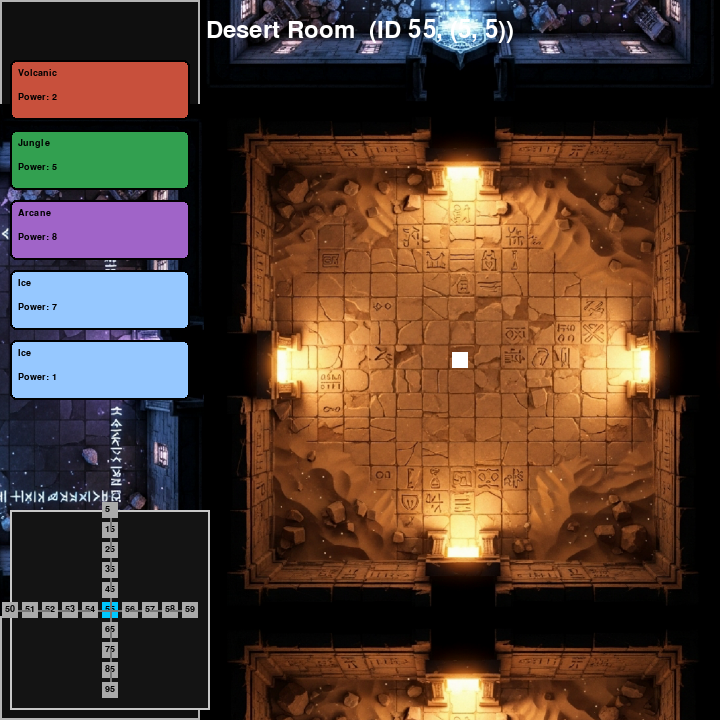
Repository: MehediMim/GateBound
Script's output: python main.py
An editor plug-in stored every save of this project. The script's output is shown before and after the next save, followed by the edit.
The window is shown after at most 60 frames with no key pressed. Random numbers start from a fixed seed. It also reads assets/bg_arcane.png, assets/bg_desert.png, assets/bg_ice.png, assets/bg_jungle.png, assets/bg_volcanic.png.

Above is the script's output before, as saved 2026-01-26 18:45:50.

### main.py
import pygame
import sys
import random

# =========================
# CONFIG
# =========================
SCREEN = 720
ROOM_ORIGINAL = 1024
ROOM_SCALE = 0.5
ROOM_DRAW = int(ROOM_ORIGINAL * ROOM_SCALE)  # 512
FPS = 60
PLAYER_SPEED = 5
DEBUG = False

GRID_W = 10
GRID_H = 10

# =========================
# CARD CONFIG
# =========================
CARD_TYPES = ["Jungle", "Desert", "Ice", "Volcanic", "Arcane"]
CARD_MIN_POWER = 1
CARD_MAX_POWER = 9
MAX_CARDS = 5



# =========================
# INIT
# =========================
pygame.init()
screen = pygame.display.set_mode((SCREEN, SCREEN))
pygame.display.set_caption("Tower Puzzle — Rooms (10x10)")
clock = pygame.time.Clock()
font = pygame.font.SysFont(None, 36)
map_font = pygame.font.SysFont(None, 14)

# =========================
# ROOM TYPES + BG
# =========================
ROOM_TYPES = ["Jungle", "Desert", "Ice", "Volcanic", "Arcane"]

BG_RAW = {
    "Jungle": pygame.image.load("assets/bg_jungle.png").convert(),
    "Desert": pygame.image.load("assets/bg_desert.png").convert(),
    "Ice": pygame.image.load("assets/bg_ice.png").convert(),
    "Volcanic": pygame.image.load("assets/bg_volcanic.png").convert(),
    "Arcane": pygame.image.load("assets/bg_arcane.png").convert(),
}

BG = {k: pygame.transform.smoothscale(v, (ROOM_DRAW, ROOM_DRAW)) for k, v in BG_RAW.items()}

# =========================
# LAYOUT
# =========================
SIDEBAR_W = 200
GAME_W = SCREEN - SIDEBAR_W
GAME_H = SCREEN

# =========================
# CENTER ROOM RECT (SCREEN SPACE)
# =========================
GAME_BOX_RECT = pygame.Rect(
    SIDEBAR_W + (GAME_W - ROOM_DRAW) // 2,
    (SCREEN - ROOM_DRAW) // 2,
    ROOM_DRAW,
    ROOM_DRAW
)

ROOM_RECT = GAME_BOX_RECT.copy()



# Door hitboxes around the center room (screen space)
DOORS = {
    "top":    pygame.Rect(ROOM_RECT.centerx - 56, ROOM_RECT.top - 112, 112, 112),
    "bottom": pygame.Rect(ROOM_RECT.centerx - 56, ROOM_RECT.bottom,     112, 112),
    "left":   pygame.Rect(ROOM_RECT.left - 112,   ROOM_RECT.centery - 56, 112, 112),
    "right":  pygame.Rect(ROOM_RECT.right,        ROOM_RECT.centery - 56, 112, 112),
}

# Allow player to reach doors
WALK_RECT = ROOM_RECT.copy()
for r in DOORS.values():
    WALK_RECT.union_ip(r)


SPAWN = ROOM_RECT.center

# =========================
# FIXED 10x10 WORLD (PERSISTENT)
# =========================
rooms = {}

def room_id(x, y):
    return y * GRID_W + x

def id_to_xy(rid):
    return (rid % GRID_W, rid // GRID_W)

def create_world():
    for y in range(GRID_H):
        for x in range(GRID_W):
            rid = room_id(x, y)

            links = {}
            if y > 0:              links["top"] = room_id(x, y - 1)
            if y < GRID_H - 1:     links["bottom"] = room_id(x, y + 1)
            if x > 0:              links["left"] = room_id(x - 1, y)
            if x < GRID_W - 1:     links["right"] = room_id(x + 1, y)

            rooms[rid] = {
                "id": rid,
                "pos": (x, y),
                "type": random.choice(ROOM_TYPES),  # random ONCE
                "links": links
            }

create_world()
current = room_id(GRID_W // 2, GRID_H // 2)

# =========================
# PLAYER
# =========================
player = pygame.Rect(0, 0, 16, 16)
player.center = SPAWN




# =========================
# CARDS
# =========================
cards = []

def create_random_card():
    return {
        "type": random.choice(CARD_TYPES),
        "power": random.randint(CARD_MIN_POWER, CARD_MAX_POWER)
    }

def init_cards():
    cards.clear()
    for _ in range(MAX_CARDS):
        cards.append(create_random_card())



def print_cards():
    print("---- CARDS ----")
    for i, c in enumerate(cards):
        print(f"{i}: {c['type']} ({c['power']})")
    print("---------------")

init_cards()
print_cards()
print("CARDS AT START:", cards)




# =========================
# MOVEMENT + ROOM CHANGE
# =========================
def move(dx, dy):
    player.x += dx
    player.y += dy
    player.clamp_ip(WALK_RECT)

def print_room_list():
    print("====== ROOM LIST (10x10) ======")
    for rid in range(GRID_W * GRID_H):
        print(f"Room {rid:02d} @ {rooms[rid]['pos']}: {rooms[rid]['type']}")
    print("===============================")

def change_room(direction):
    global current
    if direction in rooms[current]["links"]:
        current = rooms[current]["links"][direction]
        player.center = SPAWN

        r = rooms[current]
        print("---- ROOM CHANGE ----")
        print("Current:", current, "Grid:", r["pos"], "Type:", r["type"])
        for k in ("top", "left", "right", "bottom"):
            print(f"  {k} ->", r["links"].get(k))
        print("---------------------")

def handle_doors():
    for direction, rect in DOORS.items():
        if player.colliderect(rect):
            change_room(direction)
            break

# =========================
# DEBUG DRAW
# =========================
def draw_debug():
    pygame.draw.rect(screen, (0, 255, 0), ROOM_RECT, 2)
    pygame.draw.rect(screen, (255, 255, 0), WALK_RECT, 2)
    for name, r in DOORS.items():
        pygame.draw.rect(screen, (255, 0, 0), r, 2)
        t = map_font.render(name, True, (255, 0, 0))
        screen.blit(t, (r.x + 5, r.y + 5))
    pygame.draw.rect(screen, (0, 150, 255), player, 2)

def draw_debug_info():
    y = 60
    line_h = 20
    room = rooms[current]

    def line(text):
        nonlocal y
        screen.blit(font.render(text, True, (255, 255, 0)), (10, y))
        y += line_h

    line(f"Room ID: {current}  Grid: {room['pos']}  Type: {room['type']}")
    line(f"Top: {room['links'].get('top')}")
    line(f"Left: {room['links'].get('left')}")
    line(f"Right: {room['links'].get('right')}")
    line(f"Bottom: {room['links'].get('bottom')}")

# =========================
# MINIMAP (CROSS: MAX 5 EACH SIDE)
# =========================
def draw_minimap():
    panel_size = 200
    panel_x = 10
    panel_y = SCREEN - panel_size - 10


    node = 16
    gap = 4
    step = node + gap

    center_x = panel_x + panel_size // 2 - node // 2
    center_y = panel_y + panel_size // 2 - node // 2

    pygame.draw.rect(screen, (20, 20, 20), (panel_x, panel_y, panel_size, panel_size))
    pygame.draw.rect(screen, (200, 200, 200), (panel_x, panel_y, panel_size, panel_size), 2)

    # center
    pygame.draw.rect(screen, (0, 200, 255), (center_x, center_y, node, node))
    screen.blit(map_font.render(str(current), True, (0, 0, 0)), (center_x + 3, center_y + 2))

    for d, (dx, dy) in {
        "top": (0, -1),
        "bottom": (0, 1),
        "left": (-1, 0),
        "right": (1, 0),
    }.items():
        rid = current
        cx, cy = center_x, center_y

        for _ in range(5):
            nxt = rooms[rid]["links"].get(d)
            if nxt is None:
                break

            cx += dx * step
            cy += dy * step

            pygame.draw.line(
                screen, (120, 120, 120),
                (cx + node // 2 - dx * step, cy + node // 2 - dy * step),
                (cx + node // 2, cy + node // 2),
                2
            )

            pygame.draw.rect(screen, (170, 170, 170), (cx, cy, node, node))
            screen.blit(map_font.render(str(nxt), True, (0, 0, 0)), (cx + 3, cy + 2))

            rid = nxt
def draw_cards():
    x = 10
    y = 60
    w = SIDEBAR_W - 20
    h = 60
    gap = 10

    for i, c in enumerate(cards):
        color = {
            "Jungle": (50, 160, 80),
            "Desert": (200, 180, 80),
            "Ice": (150, 200, 255),
            "Volcanic": (200, 80, 60),
            "Arcane": (160, 100, 200)
        }[c["type"]]

        rect = pygame.Rect(x, y + i * (h + gap), w, h)

        pygame.draw.rect(screen, color, rect, border_radius=6)
        pygame.draw.rect(screen, (0, 0, 0), rect, 2, border_radius=6)

        t1 = map_font.render(c["type"], True, (0, 0, 0))
        t2 = map_font.render(f"Power: {c['power']}", True, (0, 0, 0))

        screen.blit(t1, (rect.x + 8, rect.y + 8))
        screen.blit(t2, (rect.x + 8, rect.y + 32))


# =========================
# LOOP
# =========================
while True:
    clock.tick(FPS)

    for e in pygame.event.get():
        if e.type == pygame.QUIT:
            pygame.quit()
            sys.exit()
        if e.type == pygame.KEYDOWN:
            if e.key == pygame.K_p:   # print whole list on demand
                print_room_list()

    k = pygame.key.get_pressed()
    dx = dy = 0
    if k[pygame.K_a] or k[pygame.K_LEFT]:
        dx -= PLAYER_SPEED
    if k[pygame.K_d] or k[pygame.K_RIGHT]:
        dx += PLAYER_SPEED
    if k[pygame.K_w] or k[pygame.K_UP]:
        dy -= PLAYER_SPEED
    if k[pygame.K_s] or k[pygame.K_DOWN]:
        dy += PLAYER_SPEED

    move(dx, dy)
    handle_doors()

    screen.fill((0, 0, 0))   # ✅ ONLY ONCE, FIRST


    # Sidebar background
    pygame.draw.rect(screen, (15, 15, 15), (0, 0, SIDEBAR_W, SCREEN))
    pygame.draw.rect(screen, (180, 180, 180), (0, 0, SIDEBAR_W, SCREEN), 2)

    # Game box background
    pygame.draw.rect(screen, (30, 30, 30), GAME_BOX_RECT)
    pygame.draw.rect(screen, (180, 180, 180), GAME_BOX_RECT, 2)




    # =====================
    # DRAW (HALF PREVIEWS)
    # =====================


    room = rooms[current]
    cx, cy = ROOM_RECT.topleft
    w = h = ROOM_DRAW
    half = w // 2

    # Center room (full)
    screen.blit(BG[room["type"]], (cx, cy))

    # Top room (show bottom half)
    top_id = room["links"].get("top")
    if top_id is not None:
        top_room = rooms[top_id]
        top_img = BG[top_room["type"]].subsurface(pygame.Rect(0, half, w, half))
        screen.blit(top_img, (cx, cy - half))

    # Bottom room (show top half)
    bottom_id = room["links"].get("bottom")
    if bottom_id is not None:
        bottom_room = rooms[bottom_id]
        bottom_img = BG[bottom_room["type"]].subsurface(pygame.Rect(0, 0, w, half))
        screen.blit(bottom_img, (cx, cy + w))

    # Left room (show right half)
    left_id = room["links"].get("left")
    if left_id is not None:
        left_room = rooms[left_id]
        left_img = BG[left_room["type"]].subsurface(pygame.Rect(half, 0, half, h))
        screen.blit(left_img, (cx - half, cy))

    # Right room (show left half)
    right_id = room["links"].get("right")
    if right_id is not None:
        right_room = rooms[right_id]
        right_img = BG[right_room["type"]].subsurface(pygame.Rect(0, 0, half, h))
        screen.blit(right_img, (cx + w, cy))

    # Player
    pygame.draw.rect(screen, (255, 255, 255), player)

    # ---------- UI ----------
    draw_cards()
    draw_minimap()


    # Label
    label = font.render(f"{room['type']} Room  (ID {current}, {room['pos']})", True, (255, 255, 255))
    screen.blit(label, (SCREEN // 2 - label.get_width() // 2, 18))

    if DEBUG:
        draw_debug()
        draw_debug_info()



    pygame.display.flip()

After the next save:
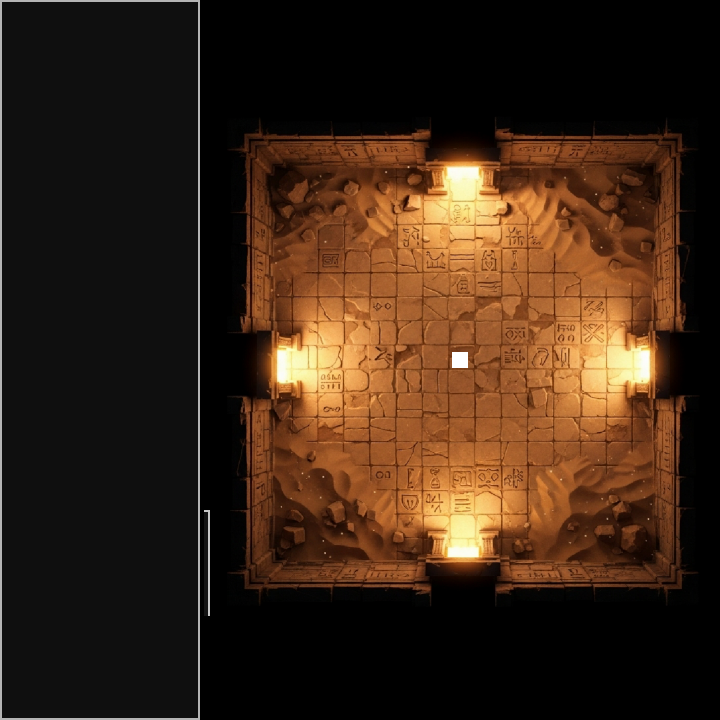
Saved 104 s later.
--- a/main.py
+++ b/main.py
@@ -352,6 +352,8 @@ while True:
     w = h = ROOM_DRAW
     half = w // 2
 
+    screen.set_clip(GAME_BOX_RECT)
+
     # Center room (full)
     screen.blit(BG[room["type"]], (cx, cy))
 
